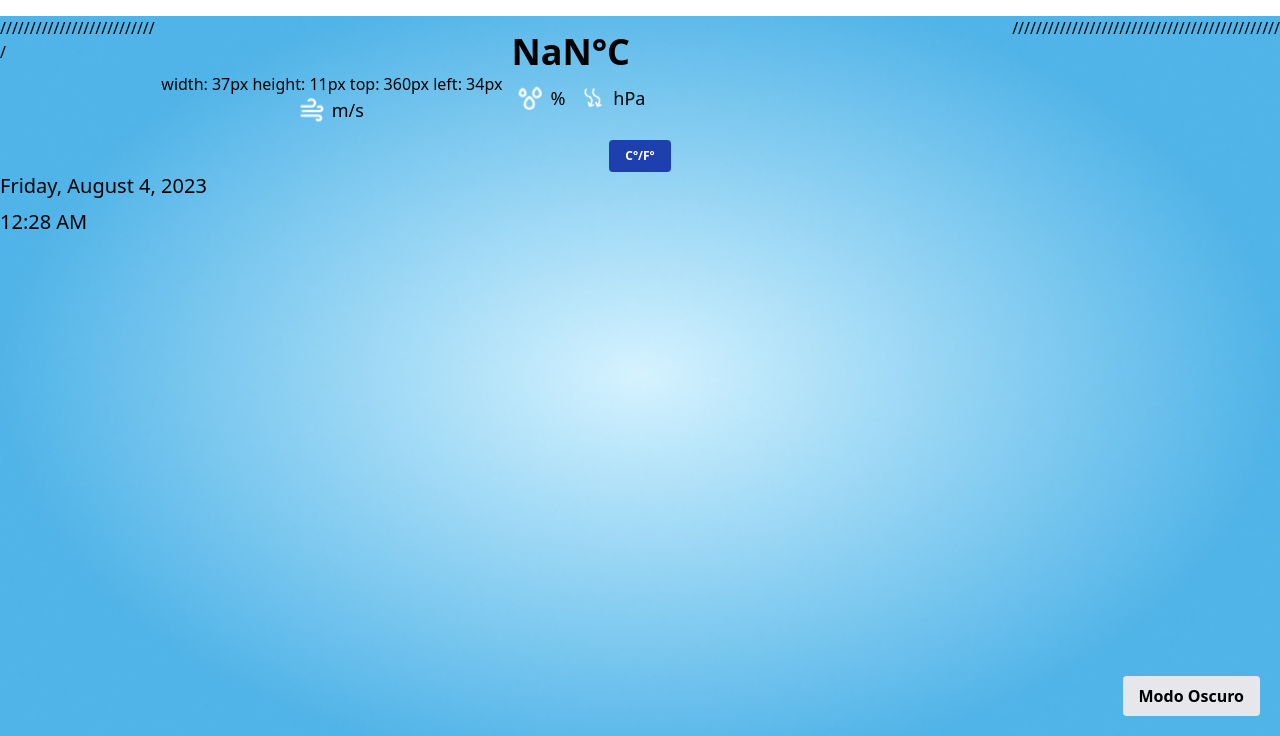
Repository: LukasMoyano/WeatherApp-_-LukasMoyano-_-V-_4.0_6.6.6
Page: /
The author's editor kept a copy of each file at every save. The page is drawn from the files as they stood at one save, then again after the next save.
The browser window is 1280 px wide. The pictures show the whole page.
The page's requests for data from a server got no answer. The project was rebuilt for these pictures with package versions that can differ from the ones it lists, and the page was loaded fresh each time. No one was signed in, and anything a server would have sent is missing. Also part of the build but not shown: vite.config.js.

Above is the page before, as saved 2023-08-06 23:25:51.

After the next save:
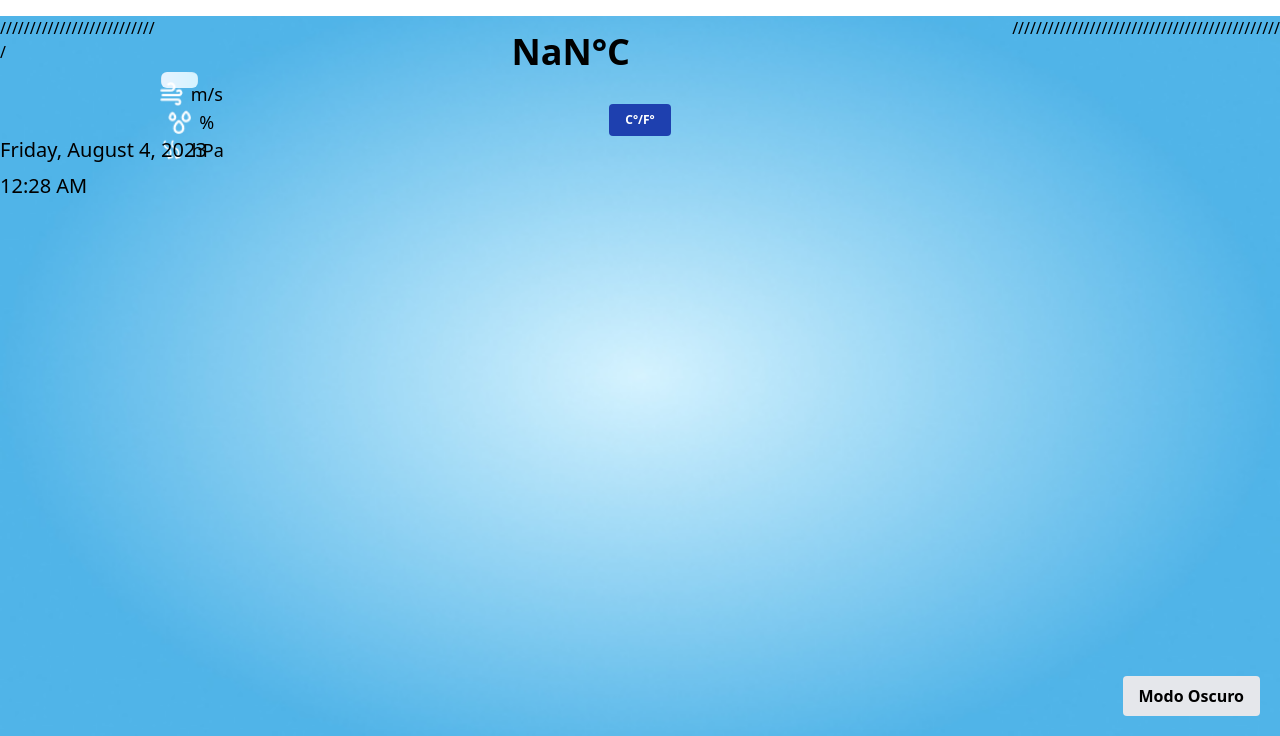
Saved 7 min 9 s later.
--- a/src/components/Weather.jsx
+++ b/src/components/Weather.jsx
@@ -42,23 +42,16 @@ const Weather = ({ weatherInfo, isDarkMode }) => {
     <div className="">
       {/* Sección de información del clima */}
       <div className="flex flex-col md:flex-row md:items-start mt-4">
-
-////////////////////////// /
+        ////////////////////////// /
         <div className="md:w-2/3 md:mr-4">
-
-
           {/* Nombre de la ciudad */}
           <h2 className="text-2xl font-bold mb-4">{weatherInfo?.name}</h2>
           <div className="flex items-center justify-center">
-
-
             {/* Temperatura actual */}
             <span className="text-4xl font-bold">
               {convertTemperature(weatherInfo?.main.temp)}
             </span>
             <div className="relative ml-4">
-
-
               {/* Icono del clima */}
               {weatherInfo?.weather[0].icon ? (
                 <img
@@ -67,23 +60,30 @@ const Weather = ({ weatherInfo, isDarkMode }) => {
                   className="mx-auto h-24"
                 />
               ) : null}
-
-
-
             </div>
           </div>
 
-
           {/* Información adicional sobre el clima */}
-          <section className="grid grid-cols-3 gap-4 md:flex md:flex-row md:items-center">
-
+          <section
+            className={`${
+              isDarkMode
+                ? "bg-black bg-opacity-50 text-white"
+                : "bg-white bg-opacity-70 text-black"
+            } p-2 rounded-md`}
+            style={{
+              backgroundImage: `url(${
+                isDarkMode
+                  ? "public/background/card_image002_Dark version.png"
+                  : "public/background/card_image001_LightVersion.png"
+              })`,
+              backgroundSize: "cover",
+              backgroundPosition: "center",
+              width: "37px",
+              height: "11px",
+            }}
+          >
             {/* Velocidad del viento */}
             <article className="flex items-center justify-center flex-col">
-              width: 37px
-height: 11px
-top: 360px
-left: 34px
-
               <div className="flex items-center">
                 <img
                   src="./images/wind.png"
@@ -117,12 +117,11 @@ left: 34px
                 <span className="text-lg">{weatherInfo?.main.pressure}hPa</span>
               </div>
             </article>
-          {/* Descripción del clima */}
-          <h3 className="">{weatherInfo?.weather[0].description}</h3>
+            {/* Descripción del clima */}
+            <h3 className="">{weatherInfo?.weather[0].description}</h3>
           </section>
         </div>
         /////////////////////////////////////////////
-
       </div>
 
       {/* Botón para alternar entre Celsius y Fahrenheit */}
